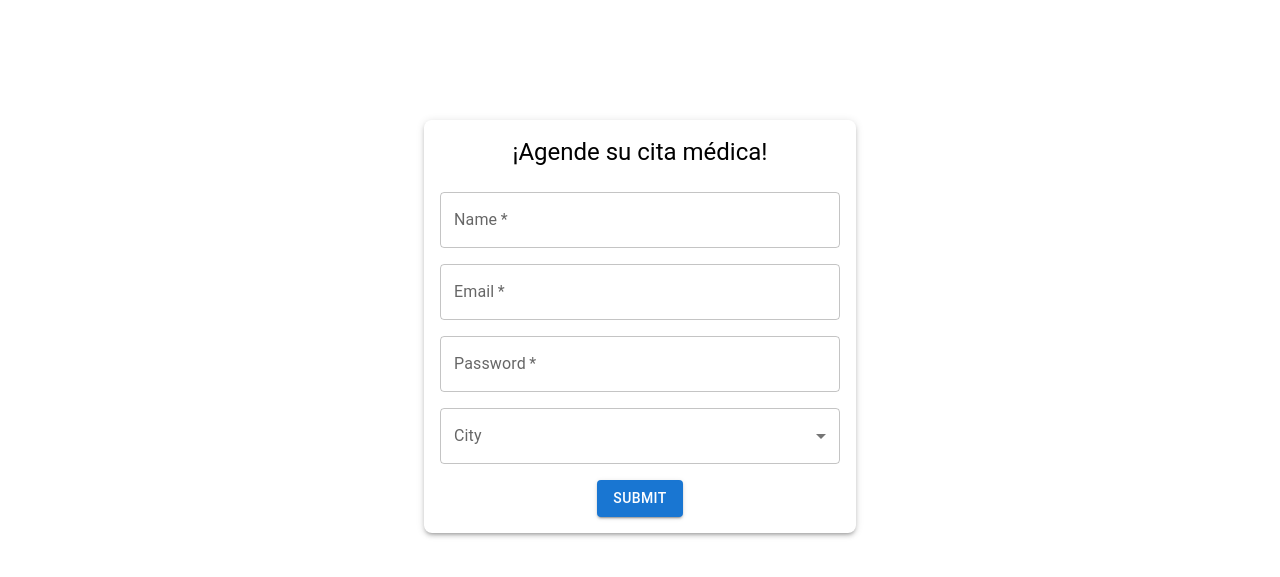
Repository: nicoleabaddd/FormReactJs
Page: /
These files come from the project's save history. The page is drawn as it stood at one moment and after the next save; the edit follows.
The browser window is 1280 px wide. The pictures show the whole page.
The project was rebuilt for these pictures with package versions that can differ from the ones it lists, and the page was loaded fresh each time. Also part of the build but not shown: src/App.css.

Above is the page before, as saved 2024-07-15 01:04:56.

### src/App.js
import './App.css';
import { Box } from '@mui/material';
import FormPages from "./pages/formPages";

const App = () => {
  return (
    <div>
      <FormPages />
    </div>
  );
};

export default App;

### src/pages/formPages.jsx
import { Box } from "@mui/material";
import React from "react";
import Forms from "../components/formulario";

const FormPages=()=> {
    return (
        <Box sx={{marginTop: "120px" ,justifyContent: "center" }}> <Forms/></Box>
    )
};

export default FormPages;

### src/components/formulario.jsx
import React, { useState } from "react";
import {
    TextField,
    Button,
    Box,
    Typography,
    Dialog,
    DialogActions,
    DialogContent,
    DialogContentText,
    DialogTitle,
    MenuItem,
    Select,
    InputLabel,
    FormControl
  } from "@mui/material";

  const cities = [
    { name: "Quito", value: "Quito" },
    { name: "Guayaquil", value: "Guayaquil" },
    { name: "Cuenca", value: "Cuenca" },
    { name: "Santo Domingo", value: "Santo Domingo" },
    { name: "Machala", value: "Machala" },
    { name: "Durán", value: "Durán" },
    { name: "Manta", value: "Manta" },
    { name: "Portoviejo", value: "Portoviejo" },
    { name: "Ambato", value: "Ambato" },
    { name: "Riobamba", value: "Riobamba" }
  ];

  const Forms = () => {
    const [formData, setFormData] = useState({
      name: "",
      email: "",
      password: "",
      city: ""
    });
    const [open, setOpen] = useState(false);

    const handleChange = (e) => {
      const { name, value } = e.target;
      setFormData((prevData) => ({
        ...prevData,
        [name]: value
      }));
    };

    const handleSubmit = (e) => {
      e.preventDefault();
      console.log(formData);
      setOpen(true);
    };

    const handleClose = () => {
      setOpen(false);
    };

    return (
      <Box
        component="form"
        onSubmit={handleSubmit}
        sx={{
          display: "flex",
          flexDirection: "column",
          alignItems: "center",
          gap: 2,
          maxWidth: 400,
          margin: "auto",
          padding: 2,
          boxShadow: 3,
          borderRadius: 2
        }}
      >
        <Typography variant="h5" component="h1" gutterBottom>
          ¡Agende su cita médica!
        </Typography>

        <TextField
          label="Name"
          name="name"
          value={formData.name}
          onChange={handleChange}
          fullWidth
          required
        />
        <TextField
          label="Email"
          name="email"
          value={formData.email}
          onChange={handleChange}
          fullWidth
          required
          type="email"
        />
        <TextField
          label="Password"
          name="password"
          value={formData.password}
          onChange={handleChange}
          fullWidth
          required
          type="password"
        />
        <FormControl fullWidth>
          <InputLabel id="city-label">City</InputLabel>
          <Select
            labelId="city-label"
            name="city"
            value={formData.city}
            onChange={handleChange}
            label="City"
            fullWidth
            required
          >
            {cities.map((city, index) => (
              <MenuItem key={index} value={city.value}>
                {city.name}
              </MenuItem>
            ))}
          </Select>
        </FormControl>
        <Button variant="contained" color="primary" type="submit">
          Submit
        </Button>

        <Dialog open={open} onClose={handleClose}>
          <DialogTitle>{"Cita agendada"}</DialogTitle>
          <DialogContent>
            <DialogContentText>
              ¡Tu cita ha sido agendada exitosamente!
            </DialogContentText>
          </DialogContent>
          <DialogActions>
            <Button onClick={handleClose} color="primary" autoFocus>
              Close
            </Button>
          </DialogActions>
        </Dialog>
      </Box>
    );
  };

export default Forms;

Loaded but not shown: public/index.html (common file); src/index.js (common file); src/index.css (common file); src/reportWebVitals.js (common file)

After the next save:
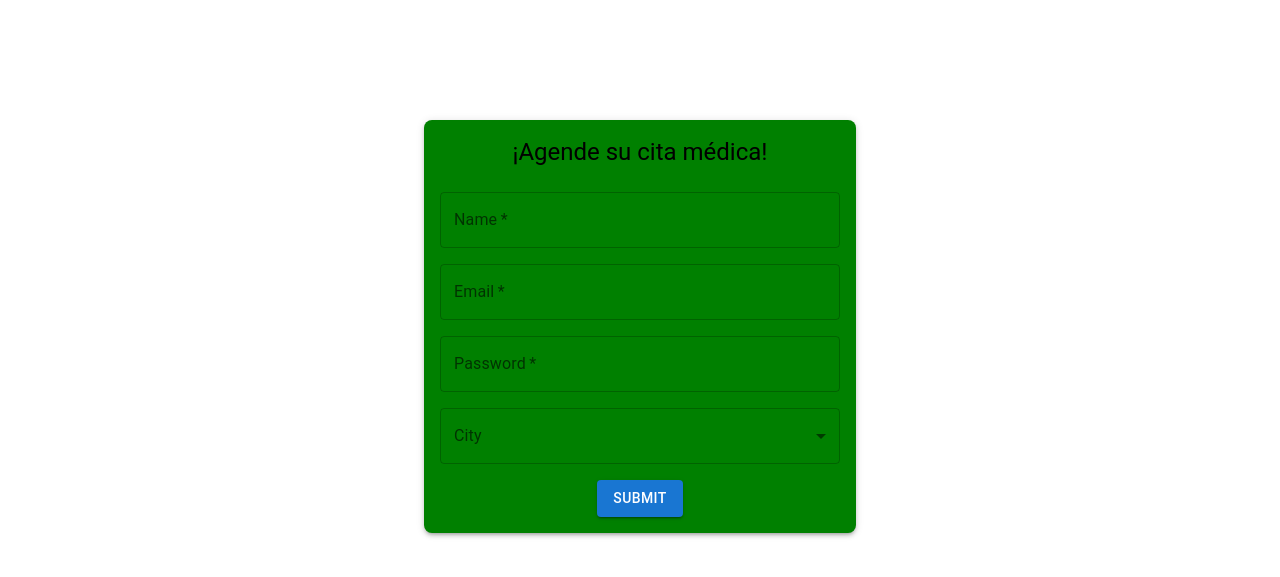
Saved 79 s later.
--- a/src/components/formulario.jsx
+++ b/src/components/formulario.jsx
@@ -14,6 +14,7 @@ import {
     InputLabel,
     FormControl
   } from "@mui/material";
+import { green } from "@mui/material/colors";
 
   const cities = [
     { name: "Quito", value: "Quito" },
@@ -68,7 +69,8 @@ import {
           margin: "auto",
           padding: 2,
           boxShadow: 3,
-          borderRadius: 2
+          borderRadius: 2,
+          background: "green",
         }}
       >
         <Typography variant="h5" component="h1" gutterBottom>
